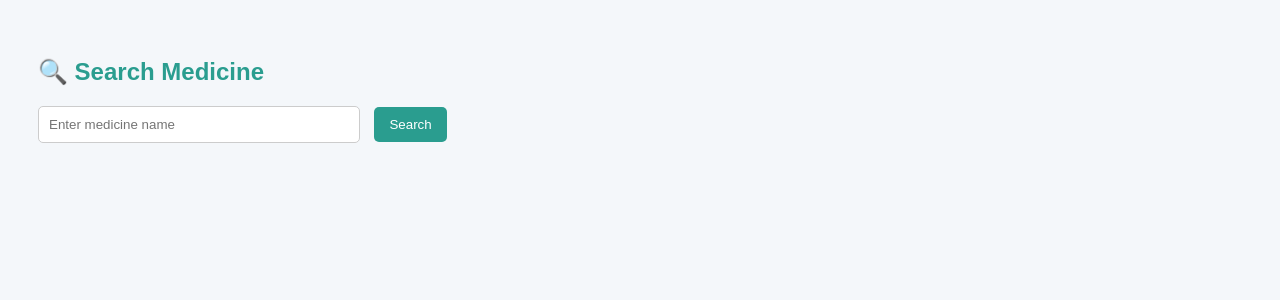
Repository: sal12321/Medi-Manager
Page: http://localhost/mediCO/search.jsp
An editor plug-in stored every save of this project. The page is shown before and after the next save, followed by the edit.
The browser window is 1280 px wide. The pictures show the whole page.
The page is served by Tomcat 10.

Above is the page before, as saved 2025-08-07 12:41:50.

After the next save:
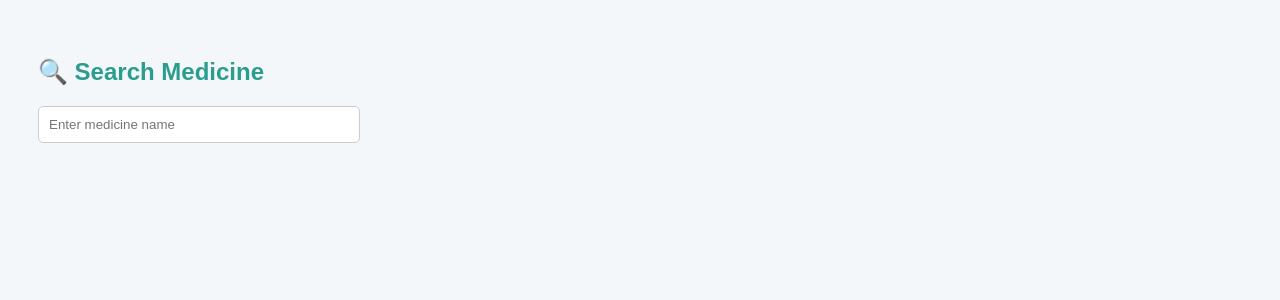
Saved 15 min 47 s later.
--- a/mediCO/src/main/webapp/search.jsp
+++ b/mediCO/src/main/webapp/search.jsp
@@ -1,4 +1,4 @@
-<%@ page language="java" contentType="text/html; charset=UTF-8" pageEncoding="UTF-8"%>
+<%-- <%@ page language="java" contentType="text/html; charset=UTF-8" pageEncoding="UTF-8"%>
 <!DOCTYPE html>
 <html>
 <head>
@@ -71,3 +71,83 @@
 
 </body>
 </html>
+ --%>
+
+
+
+ <%@ page language="java" contentType="text/html; charset=UTF-8" pageEncoding="UTF-8"%>
+<!DOCTYPE html>
+<html>
+<head>
+    <meta charset="UTF-8">
+    <title>Search Medicine</title>
+    <style>
+        body {
+            font-family: Arial, sans-serif;
+            background: #f4f7fa;
+            padding: 30px;
+        }
+
+        h2 {
+            color: #2a9d8f;
+        }
+
+        input[type="text"] {
+            padding: 10px;
+            width: 300px;
+            border-radius: 5px;
+            border: 1px solid #ccc;
+        }
+
+        table {
+            width: 100%;
+            border-collapse: collapse;
+            margin-top: 20px;
+            background: white;
+        }
+
+        th, td {
+            padding: 12px;
+            border: 1px solid #ccc;
+            text-align: center;
+        }
+
+        th {
+            background: #2a9d8f;
+            color: white;
+        }
+
+        .not-found {
+            color: red;
+            margin-top: 20px;
+        }
+    </style>
+
+    <script>
+        function liveSearch() {
+            const input = document.getElementById("medName").value;
+
+            if (input.length === 0) {
+                document.getElementById("result").innerHTML = "";
+                return;
+            }
+
+            const xhttp = new XMLHttpRequest();
+            xhttp.onreadystatechange = function () {
+                if (this.readyState === 4 && this.status === 200) {
+                    document.getElementById("result").innerHTML = this.responseText;
+                }
+            };
+            xhttp.open("GET", "searchMedicineLive?query=" + encodeURIComponent(input), true);
+            xhttp.send();
+        }
+    </script>
+</head>
+<body>
+    <h2>🔍 Search Medicine</h2>
+
+    <input type="text" id="medName" onkeyup="liveSearch()" placeholder="Enter medicine name" />
+
+    <div id="result"></div>
+</body>
+</html>
